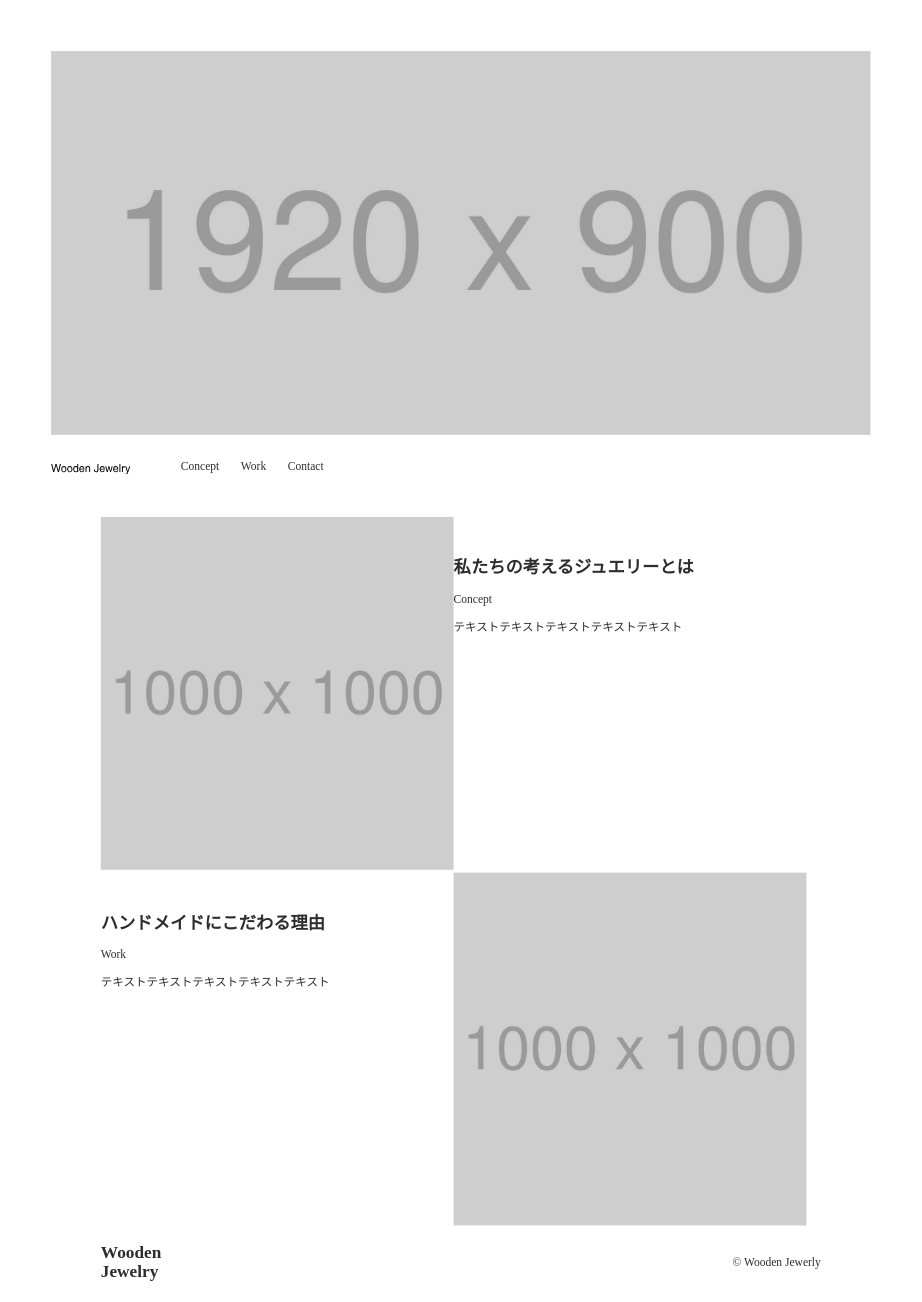
Repository: Fuki-san/jewelry
Page: http://localhost/jewelry
An editor plug-in stored every save of this project. The page is shown before and after a run of saves, followed by the edit.
The browser window is 1280 px wide. The pictures show the whole page, at 72% of full size.
The page is served by the project's Laravel application, run on PHP 8.4 with Laravel 10. Other server files are loaded and not shown.

Above is the page before, as saved 2023-11-26 14:45:00.

### routes/web.php
<?php

use Illuminate\Support\Facades\Route;

/*
|--------------------------------------------------------------------------
| Web Routes
|--------------------------------------------------------------------------
|
| Here is where you can register web routes for your application. These
| routes are loaded by the RouteServiceProvider and all of them will
| be assigned to the "web" middleware group. Make something great!
|
*/

Route::get('/', function () {
    return view('welcome');
});

Route::get('jewelry', function () {
    return view('jewelry');
});

### resources/views/jewelry.blade.php
@extends('layouts.main')

@section('title', 'jewelry')

@section('content')
    <div id="mainvisual">
        <img src="img/mainvisual.jpg">
    </div>
    <header id="header">
        <h1 class="site-title"><a href="#"><img src="img/logo.svg"></a></h1>
        <nav>
            <ul>
                <li><a href="#concept">Concept</a></li>
                <li><a href="#work">Work</a></li>
                <li><a href="mailto:xxx@xxx.xxx?subject=お問い合わせ">Contact</a></li>
            </ul>
        </nav>
    </header>

    <div class="container">
        <main>
            <section id="concept" class="content">
                <div class="img">
                    <img src="img/concept.jpg">
                </div>
                <div class="text">
                    <h2 class="section-title">私たちの考えるジュエリーとは</h2>
                    <span class="section-title-en">Concept</span>
                    <p>テキストテキストテキストテキストテキスト</p>
                </div>
            </section>

            <section id="work" class="content">
                <div class="text">
                    <h2 class="section-title">ハンドメイドにこだわる理由</h2>
                    <span class="section-title-en">Work</span>
                    <p>テキストテキストテキストテキストテキスト</p>
                </div>
                <div class="img">
                    <img src="img/work.jpg">
                </div>
            </section>
        </main>

        <footer id="footer">
            <h2 class="site-title">Wooden Jewelry</h2>
            <p class="copyright">&copy; Wooden Jewerly</p>
        </footer>
    </div>

@endsection

### resources/views/layouts/main.blade.php
<!DOCTYPE html>
<html lang="ja">
<head>
    <meta charset="UTF-8">
    <meta name="viewport" content="width=device-width, initial-scale=1.0">
    <meta http-equiv="X-UA-Compatible" content="ie=edge">
    <link rel="stylesheet" href="{{ asset('css/reset.css') }}">
    <link rel="stylesheet" href="{{ asset('css/style.css') }}">
    <link rel="icon" href="img/favicon.ico">
    <title>@yield('title')</title>
</head>
<body>
    @yield('content')
</body>
</html>

### public/css/style.css
@charset "utf-8";

html{
    font-size: 100%;
}
body{
    font-family: 'Crimson Text', serif;
    color: #2d2d2d;
}
ul{
    list-style: none;
}
a{
    text-decoration: none;
    color:#2d2d2d;
}

img{
    max-width: 100%;
    /* img親のdivのコンテンツラインと子のimgコンテンツラインの下端だけ少し隙間がある。
    その理由は、画像の横にテキストが入力された場合にデフォルトで定まっているvertical-align baseline
    が適応され、英文字のbaseline的に多少の文字の一部が下に出てしまうからであり、今回は文字もかかず、
    子imgと親divの下端の隙間はいらないため、vertical-align bottomで隙間を除去する。
    baselineとbottomの差は微小なので分かりずらいが、例えばgのbaselineはgフォントの下のクルンって
    なっているところの途中で baselineがくるが、bottomならほんとに一番下のクルンのところでくる
    隙間があるかどうかは親divのbackgroundcolorを設定すると分かりやすい */
    vertical-align: buttom;
}

.container{
    margin: 0 auto;
    max-width: 1000px;
    padding: 0 18px;
}

.site-title{
    width: 110px;

}

.content{
    display: flex;
}
.img{
    width: 49%;
}
.text{
    width: 49%;
}

#mainvisual{
    padding: 5% 5% 0 5%;
}

#header{
    display: flex;
    align-items: center;
    padding: 0 5%;
}
#header ul{
    display: flex;
}
#header li{
    margin-left: 30px;
}
.container{
    padding-top: 30px;
}
.text{
    padding: 30px 0;
}


#footer {
    display: flex;
    justify-content: space-between;
    align-items: center;
}

### public/img/logo.svg
<?xml version="1.0" encoding="utf-8"?>
<!-- Generator: Adobe Illustrator 15.1.0, SVG Export Plug-In . SVG Version: 6.00 Build 0)  -->
<!DOCTYPE svg PUBLIC "-//W3C//DTD SVG 1.1//EN" "http://www.w3.org/Graphics/SVG/1.1/DTD/svg11.dtd">
<svg version="1.1" id="レイヤー_1" xmlns="http://www.w3.org/2000/svg" xmlns:xlink="http://www.w3.org/1999/xlink" x="0px"
	 y="0px" width="1000px" height="140px" viewBox="0 0 1000 140" enable-background="new 0 0 1000 140" xml:space="preserve">
<g>
	<path d="M39.405,111.195H25.498L0,13.294h14.317l18.271,79.63h0.273l21.952-79.63h14.454l21.953,79.63h0.273l18.271-79.63h14.59
		l-25.771,97.901H84.674l-22.362-81.13H62.04L39.405,111.195z"/>
	<path d="M160.348,37.837c22.771,0,33.133,19.226,33.133,37.634c0,18.407-10.362,37.633-33.133,37.633
		c-22.771,0-33.134-19.226-33.134-37.633C127.214,57.063,137.577,37.837,160.348,37.837z M160.348,102.741
		c17.18,0,20.726-17.726,20.726-27.27c0-9.545-3.545-27.271-20.726-27.271c-17.181,0-20.725,17.726-20.725,27.271
		C139.623,85.015,143.167,102.741,160.348,102.741z"/>
	<path d="M236.16,37.837c22.771,0,33.133,19.226,33.133,37.634c0,18.407-10.362,37.633-33.133,37.633
		c-22.771,0-33.134-19.226-33.134-37.633C203.026,57.063,213.389,37.837,236.16,37.837z M236.16,102.741
		c17.18,0,20.726-17.726,20.726-27.27c0-9.545-3.545-27.271-20.726-27.271c-17.181,0-20.725,17.726-20.725,27.271
		C215.435,85.015,218.979,102.741,236.16,102.741z"/>
	<path d="M342.105,111.195h-11.318v-9.817h-0.272c-5.182,9.681-13.362,11.863-20.316,11.863c-24.271,0-31.361-22.771-31.361-39.815
		c0-20.044,10.772-35.588,29.724-35.588c12.954,0,18.408,8.045,21.271,12.136l0.273-0.955V13.294h12V111.195z M310.471,102.877
		c7.637,0,19.499-5.044,19.499-23.998c0-11.59-1.909-30.271-19.226-30.271c-18.544,0-19.499,17.59-19.499,26.725
		C291.245,91.015,297.381,102.877,310.471,102.877z"/>
	<path d="M419.28,88.833c-0.408,3.409-3.681,13.499-12.681,19.499c-3.272,2.181-7.908,4.909-19.362,4.909
		c-20.043,0-31.907-15.135-31.907-35.725c0-22.089,10.636-39.679,34.225-39.679c20.589,0,30.679,16.363,30.679,41.588h-52.086
		c0,14.862,6.954,23.452,20.726,23.452c11.317,0,17.998-8.727,18.408-14.044H419.28z M407.827,69.88
		c-0.682-11.044-5.317-21.271-19.907-21.271c-11.045,0-19.771,10.227-19.771,21.271H407.827z"/>
	<path d="M492.638,111.195h-11.999V67.29c0-12.408-3.545-18.681-15.271-18.681c-6.817,0-18.817,4.363-18.817,23.726v38.86h-11.998
		V39.882h11.317v10.09h0.273c2.59-3.818,9.271-12.136,21.543-12.136c11.044,0,24.952,4.5,24.952,24.816V111.195z"/>
	<path d="M554.132,79.697v6.818c0,11.726,5.591,15.953,14.727,15.953c12.271,0,15.68-7.363,15.68-16.908V13.294h13.227v71.449
		c0,22.907-14.999,29.043-28.225,29.043c-22.771,0-27.815-15.272-27.815-24.407v-9.681H554.132z"/>
	<path d="M676.985,88.833c-0.409,3.409-3.682,13.499-12.681,19.499c-3.272,2.181-7.908,4.909-19.362,4.909
		c-20.044,0-31.906-15.135-31.906-35.725c0-22.089,10.636-39.679,34.225-39.679c20.589,0,30.679,16.363,30.679,41.588h-52.086
		c0,14.862,6.954,23.452,20.726,23.452c11.317,0,17.998-8.727,18.407-14.044H676.985z M665.531,69.88
		c-0.681-11.044-5.316-21.271-19.906-21.271c-11.045,0-19.771,10.227-19.771,21.271H665.531z"/>
	<path d="M715.574,111.195h-12.407l-20.59-71.313h13.091l13.634,56.041h0.273l13.771-56.041h13.362l13.908,56.041h0.273
		l14.453-56.041h11.998l-20.725,71.313h-12.409l-14.453-55.223h-0.272L715.574,111.195z"/>
	<path d="M847.153,88.833c-0.409,3.409-3.682,13.499-12.681,19.499c-3.272,2.181-7.908,4.909-19.362,4.909
		c-20.044,0-31.906-15.135-31.906-35.725c0-22.089,10.635-39.679,34.225-39.679c20.589,0,30.679,16.363,30.679,41.588h-52.086
		c0,14.862,6.954,23.452,20.726,23.452c11.317,0,17.998-8.727,18.407-14.044H847.153z M835.699,69.88
		c-0.682-11.044-5.316-21.271-19.906-21.271c-11.045,0-19.771,10.227-19.771,21.271H835.699z"/>
	<path d="M874.695,111.195h-11.998V13.294h11.998V111.195z"/>
	<path d="M906.327,111.195h-11.999V39.882h11.318v11.863h0.271c4.772-8.318,11.045-13.909,20.045-13.909
		c1.499,0,2.181,0.137,3.135,0.409v12.408h-4.499c-11.182,0-18.271,8.727-18.271,19.09V111.195z"/>
	<path d="M986.774,39.882H1000c-8.317,23.316-16.499,46.633-25.634,69.949c-11.317,28.907-12.544,30.543-27.953,30.543
		c-1.772,0-3.135-0.545-5.044-1.091v-10.908c1.499,0.545,3.954,1.227,7.227,1.227c6.272,0,6.954-1.772,12.681-16.499l-26.453-73.221
		h13.636l18.953,58.086h0.273L986.774,39.882z"/>
</g>
</svg>

After the next 3 saves:
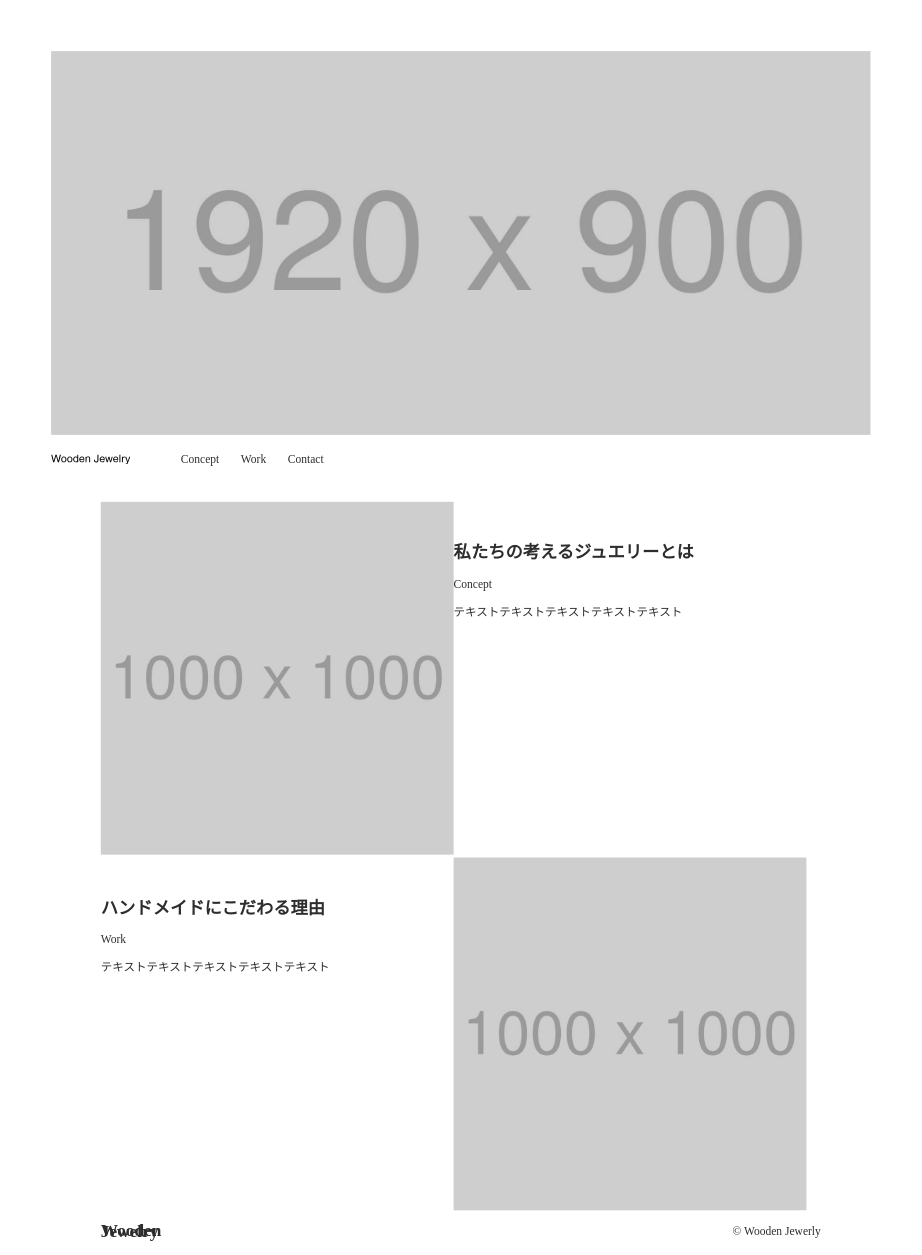
The 3 saves are shown as one change because they came seconds apart.
The last was saved 26 s later.
--- a/public/css/style.css
+++ b/public/css/style.css
@@ -35,6 +35,7 @@ img{
 
 .site-title{
     width: 110px;
+    line-height: 1px;
 
 }
 
